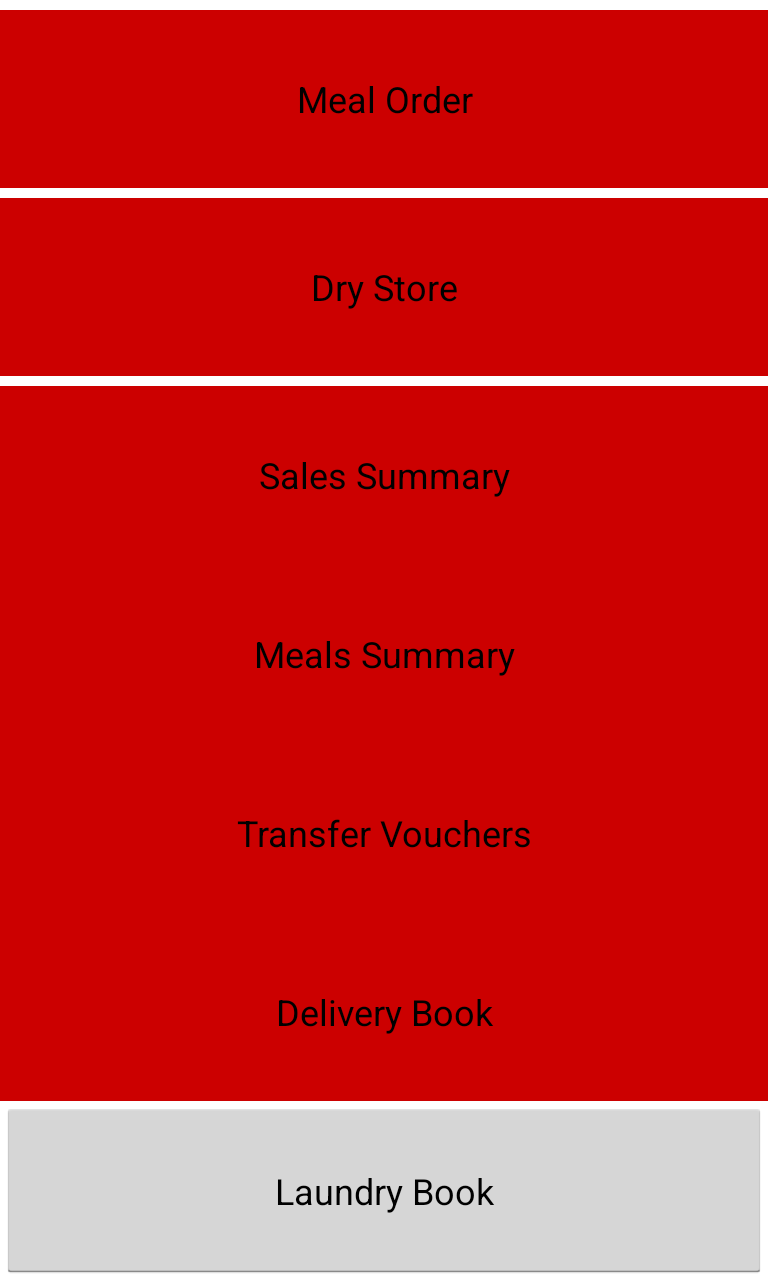
Repository: erwasambo/greendevelopment
Layout: GreenDevelopment/NASCuisine/res/layout/admindash.xml
An editor plug-in stored every save of this project. The layout is shown before and after the next save, followed by the edit.
It is drawn on a 768 x 1280 px phone screen (xhdpi) without system bars, with theme AppTheme; the app's code is not run.

Above is the layout before, as saved 2013-12-03 03:57:06.

### GreenDevelopment/NASCuisine/res/layout/admindash.xml
<?xml version="1.0" encoding="utf-8"?>
<LinearLayout xmlns:android="http://schemas.android.com/apk/res/android"
    android:layout_width="match_parent"
    android:layout_height="match_parent"
    android:orientation="vertical" >

    <Button
        android:id="@+id/btnMealord"
        android:layout_width="match_parent"
        android:layout_height="0dp"
        android:layout_weight="1"
        android:background="@color/purple"
        android:layout_marginTop="5dp"
        android:text="@string/mealord" />

    <Button
        android:id="@+id/btnDryStore"
        android:layout_width="match_parent"
        android:layout_height="0dp"
        android:layout_weight="1"
        android:background="@color/purple"
        android:layout_marginTop="5dp"
        android:text="@string/drystore" />

    <Button
        android:id="@+id/btnsalessum"
        android:layout_width="match_parent"
        android:layout_height="0dp"
        android:layout_weight="1"
        android:background="@color/purple"
        android:layout_marginTop="5dp"
        android:text="@string/salessummary" />

    <Button
        android:id="@+id/btnmealsum"
        android:layout_width="match_parent"
        android:layout_height="0dp"
        android:layout_weight="1"
        android:background="@color/purple"
        android:text="@string/mealsum" />

    <Button
        android:id="@+id/btnTransferVoc"
        android:layout_width="match_parent"
        android:layout_height="0dp"
        android:layout_weight="1"
        android:background="@color/purple"
        android:text="@string/transf" />

    <Button
        android:id="@+id/btndeliv"
        android:layout_width="match_parent"
        android:layout_height="0dp"
        android:layout_weight="1"
        android:background="@color/purple"
        android:text="@string/delivbook" />

    <Button
        android:id="@+id/btnLaund"
        android:layout_width="match_parent"
        android:layout_height="0dp"
        android:layout_weight="1"
        android:text="@string/laundbook" />

</LinearLayout>

### GreenDevelopment/NASCuisine/res/values/colors.xml
<?xml version="1.0" encoding="utf-8"?>

<!--
  ~ Copyright 2013 Chris Banes
  ~
  ~ Licensed under the Apache License, Version 2.0 (the "License");
  ~ you may not use this file except in compliance with the License.
  ~ You may obtain a copy of the License at
  ~
  ~     http://www.apache.org/licenses/LICENSE-2.0
  ~
  ~ Unless required by applicable law or agreed to in writing, software
  ~ distributed under the License is distributed on an "AS IS" BASIS,
  ~ WITHOUT WARRANTIES OR CONDITIONS OF ANY KIND, either express or implied.
  ~ See the License for the specific language governing permissions and
  ~ limitations under the License.
  <color name="black">#FF000000</color>
  -->

<resources>
     <color name="white">#FFFFFF</color>
	 <color name="canvas">#CC0000</color>
		<color name="bar">#CC0000</color>
     <color name="black">#FF000000</color>
     <color name="purple">#CC0000</color>
    <color name="holo_dark_green">@color/purple</color>
	<color name="default_progress_bar_color">@color/white</color>
	 <color name="abs__background_holo_dark">@color/purple</color>
    <color name="abs__background_holo_light">@color/purple</color>
    <color name="abs__bright_foreground_holo_dark">@color/purple</color>
    <color name="abs__bright_foreground_holo_light">@color/purple</color>
    <color name="abs__bright_foreground_disabled_holo_dark">@color/purple</color>
    <color name="abs__bright_foreground_disabled_holo_light">@color/purple</color>
</resources>

### GreenDevelopment/NASCuisine/res/values/strings.xml
<?xml version="1.0" encoding="utf-8"?>
<resources>

    <string name="app_name">NAS Cuisine</string>
     <string name="app_namelogin">NAS Cuisine - Log in</string>




    <string name="action_settings">Settings</string>
    <string name="activity_scrollview">ScrollView</string>
    <string name="activity_listview">ListView</string>
    <string name="activity_gridview">GridView</string>
    <string name="activity_webview">WebView</string>
    <string name="activity_fragment_tabs">Fragments + Tabs</string>
    <string name="activity_fragment_tabs_vp">Fragments + Tabs + ViewPager</string>
    <string name="pref_title_stick_container">Stick layer to</string>
    <string name="pref_title_show_shadow">Show shadow</string>
    <string name="pref_title_show_offset">Closed offset</string>
    <string name="open_button_container">Open</string>
    <string name="close_button_container">Close</string>
	<string name="title_activity_main">PayPal Access</string>
    <string name="title_activity_login">Login</string>
    <string name="btn_login">Login with PayPal</string>
    <string name="progress_loading_title">Loading&#8320;</string>
    <string name="progress_loading_msg">Login is possible in a few seconds</string>
    <string name="toast_login_ok">Logged in</string>
    <string name="toast_login_failed">Login failed</string>
    <string name="login_description">This enables the user to use his PayPal credentials to login. Thus he doesn\'t have to create yet another account and remember yet another password.</string>
	<string name="login_oauth">OAuth 2.0</string>
	<string name="login_openid">OpenID</string>

    <string name="swipe_label">Swipe!</string>
    <string name="swipe_left_label">Swipe left!</string>
    <string name="swipe_right_label">Swipe right!</string>
    <string name="swipe_up_label">Swipe up!</string>
    <string name="swipe_down_label">Swipe down!</string>

    <string name="label_right">Right</string>
    <string name="label_left">Left</string>
    <string name="label_middle">Middle</string>
    <string name="label_top">Top</string>
    <string name="label_bottom">Bottom</string>

    <string name="not_applicable">n/a</string>

    <string-array name="pref_list_titles">
        <item>@string/label_right</item>
        <item>@string/label_middle</item>
        <item>@string/label_left</item>
        <item>@string/label_top</item>
        <item>@string/label_bottom</item>
    </string-array>
    <string-array name="pref_list_values">
        <item>right</item>
        <item>middle</item>
        <item>left</item>
        <item>top</item>
        <item>bottom</item>
    </string-array>

    <string name="pref_go">Go!</string>

    <string name="no_media_warning">Storage Media not present</string>
    <string name="no_media_hint">Sharing the storage media with a PC can make it inaccessible</string>
    <string name="open_failed">Unable to open document</string>
    <string name="cancel">Cancel</string>
    <string name="search_backwards">Search backwards</string>
    <string name="search_forwards">Search forwards</string>
    <string name="search_document">Search document</string>
    <string name="picker_title">NAS Cuisine</string>
    <string name="outline_title">Table of Contents</string>
    <string name="enter_password">Enter Password</string>
    <string name="text_not_found">Text not found</string>
    <string name="searching_">Searching...</string>
    <string name="link_control">Link highlighting and enabling</string>
    <string name="no_further_occurences_found">No further occurences found</string>
    <string name="gen_pdf">Generate pdf</string>
    <string name="view_pdf">View pdf</string>
    <string name="title_activity_main">MainActivity</string>
    <string name="progress_title">Generateing pdf...</string>

    <string name="taliiafrica">Julisha</string>
	<string name="main">Julisha</string>
	<string name="weather">Check Weather</string>
	<string name="rescue">Emergency Rescue</string>
	<string name="exit">Exit</string>
	<string name="srtsail">Begin Sailing</string>
	<string name="stpsail">End Sailing</string>
	<string name="chkmap">Check Map</string>
	<string name="sets">Settings</string>
	<string name="vsltype">Vessel Type:</string>
	<string name="vid">Vessel Id:</string>
	<string name="vslname">Vessel Name:</string>
	<string name="wtrbody">Water Body:</string>
	<string name="desc">General Description:</string>
	<string name="sv">Save</string>
	<string name="lgout">Logout</string>
	<string name="sail">Sailing</string>
	<string name="myacc">My Account</string>
	<string name="date">Date:</string>
	<string name="time">Time:</string>
	<string name="initloc">Initial Location:</string>
	<string name="Destination">Destination:</string>
	<string name="onboard">Number Onboard:</string>
	<string name="act">Activity:</string>
	<string name="bgnSail">Begin Sailing</string>
	<string name="currLoc">Current Location:</string>
	<string name="endsail">End Sailing</string>
	<string name="prevloc">Previous Location</string>
	<string name="desc2">Image2</string>
	<string name="login">Login</string>
	<string name="email">Email:</string>
	<string name="password">Password:</string>
	<string name="newtojulisharegister">New to Julisha? Register here</string>
	<string name="registeracc">Register New Account</string>
	<string name="fullname">Full Name</string>
	<string name="logout">Logout</string>
	<string name="briefdesc">Brief Description:</string>
	<string name="safe">Safe</string>
	<string name="minor">Minor Problem</string>
	<string name="danger">Danger</string>
	<string name="xtremedanger">Extreme Danger</string>
	<string name="signup">Sign up</string>
	<string name="donthaveacc">Don\'t have an account yet? </string>
	<string name="forgotpwd">Forgot Password</string>
	<string name="firstname">First Name</string>
	<string name="othernames">Other Names</string>
	<string name="staffno">Staff Number</string>
	<string name="cnfpassword">Confirm Password</string>
	<string name="iagree">I agree to</string>
	<string name="termsofuse">terms ofuse</string>
	<string name="perosnstoserve">Please select persons to serve</string>
	<string name="patients">Patients</string>
	<string name="func">Function</string>
	<string name="hospstaff">Hospital Staff</string>
	<string name="admin">Admin</string>
	<string name="mealord">Meal Order</string>
	<string name="drystore">Dry Store</string>
	<string name="salessummary">Sales Summary</string>
	<string name="mealsum">Meals Summary</string>
	<string name="transf">Transfer Vouchers</string>
	<string name="delivbook">Delivery Book</string>
	<string name="laundbook">Laundry Book</string>




</resources>

Loaded but not shown: GreenDevelopment/NASCuisine/res/values/styles.xml (common file); GreenDevelopment/NASCuisine/res/values-v11/styles.xml (common file); GreenDevelopment/NASCuisine/res/values-v14/styles.xml (common file)

After the next save:
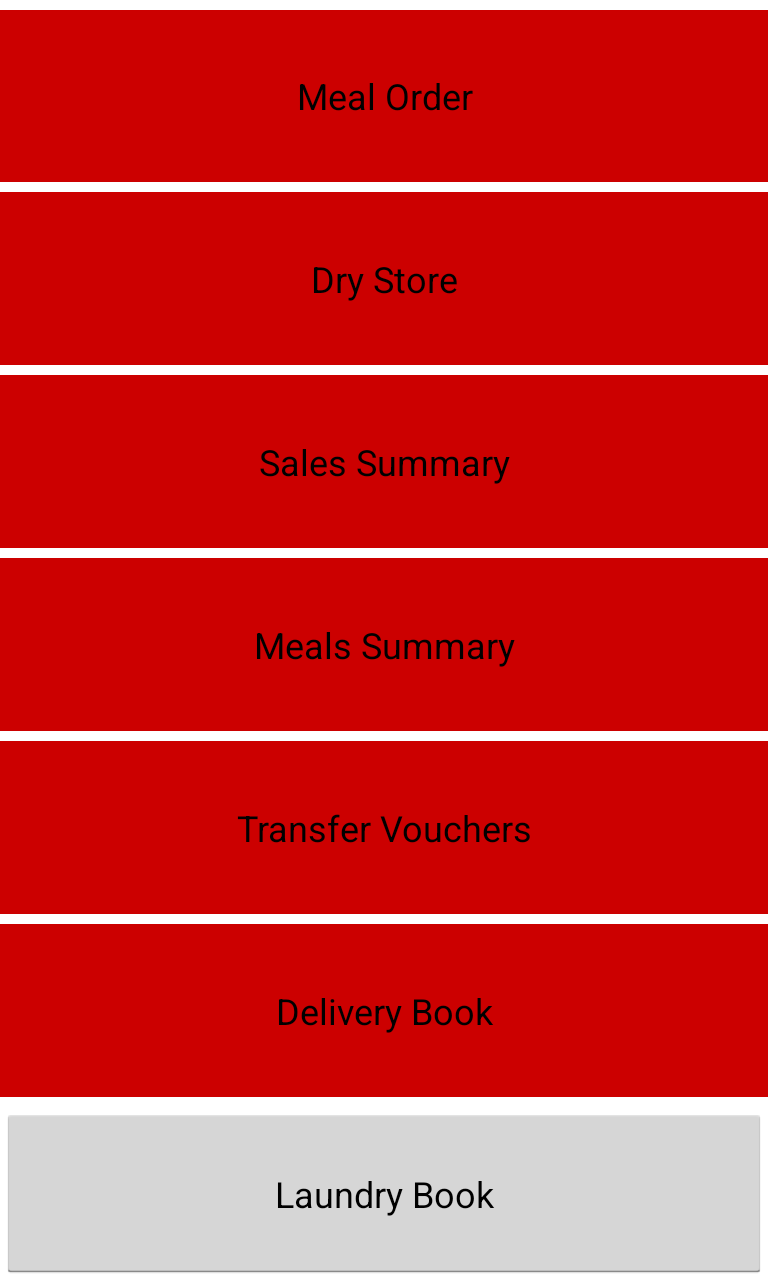
Saved 36 s later.
--- a/GreenDevelopment/NASCuisine/res/layout/admindash.xml
+++ b/GreenDevelopment/NASCuisine/res/layout/admindash.xml
@@ -11,6 +11,7 @@
         android:layout_weight="1"
         android:background="@color/purple"
         android:layout_marginTop="5dp"
+
         android:text="@string/mealord" />
 
     <Button
@@ -37,6 +38,7 @@
         android:layout_height="0dp"
         android:layout_weight="1"
         android:background="@color/purple"
+        android:layout_marginTop="5dp"
         android:text="@string/mealsum" />
 
     <Button
@@ -45,6 +47,7 @@
         android:layout_height="0dp"
         android:layout_weight="1"
         android:background="@color/purple"
+        android:layout_marginTop="5dp"
         android:text="@string/transf" />
 
     <Button
@@ -53,6 +56,7 @@
         android:layout_height="0dp"
         android:layout_weight="1"
         android:background="@color/purple"
+        android:layout_marginTop="5dp"
         android:text="@string/delivbook" />
 
     <Button
@@ -60,6 +64,7 @@
         android:layout_width="match_parent"
         android:layout_height="0dp"
         android:layout_weight="1"
+        android:layout_marginTop="5dp"
         android:text="@string/laundbook" />
 
 </LinearLayout>
